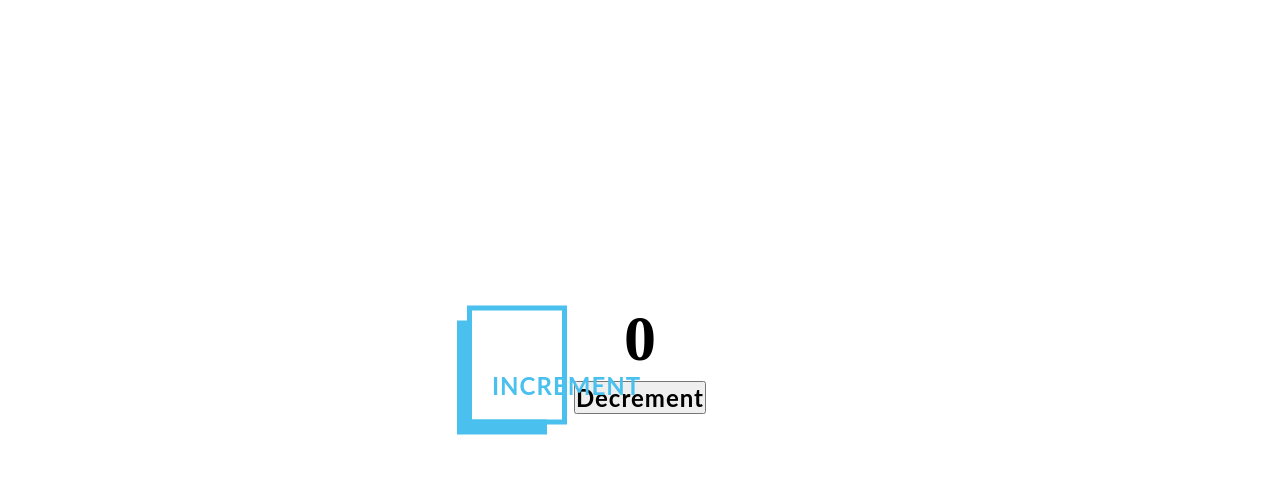
Repository: Ellisvelandia/react_introduction_test
Page: /
The author's editor kept a copy of each file at every save. The page is drawn from the files as they stood at one save, then again after a run of saves.
The browser window is 1280 px wide. The pictures show the whole page.
The project was rebuilt for these pictures with package versions that can differ from the ones it lists, and the page was loaded fresh each time. Also part of the build but not shown: src/index.css.

Above is the page before, as saved 2022-08-15 20:07:32.

After the next 2 saves:
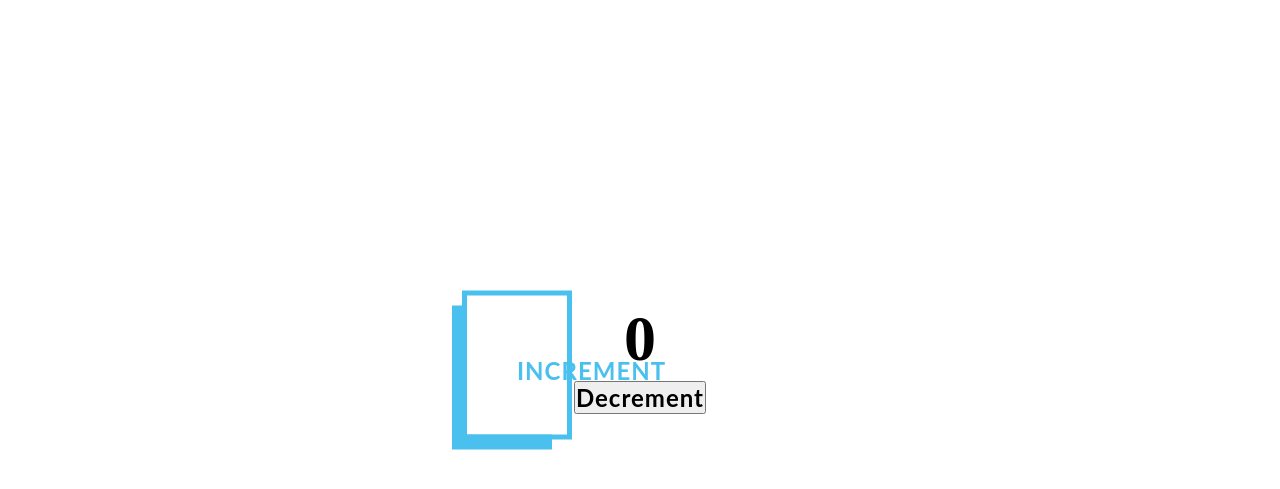
The 2 saves are shown as one change because they came seconds apart.
The last was saved 9 s later.
--- a/src/App.scss
+++ b/src/App.scss
@@ -40,7 +40,7 @@ button {
 
   background: #fff;
   max-width: 100px;
-  padding: 60px 50px  20px 20px;
+  padding: 60px 50px  50px 50px;
 
   border: 5px solid #4ac0ee;
   color: #4ac0ee;
